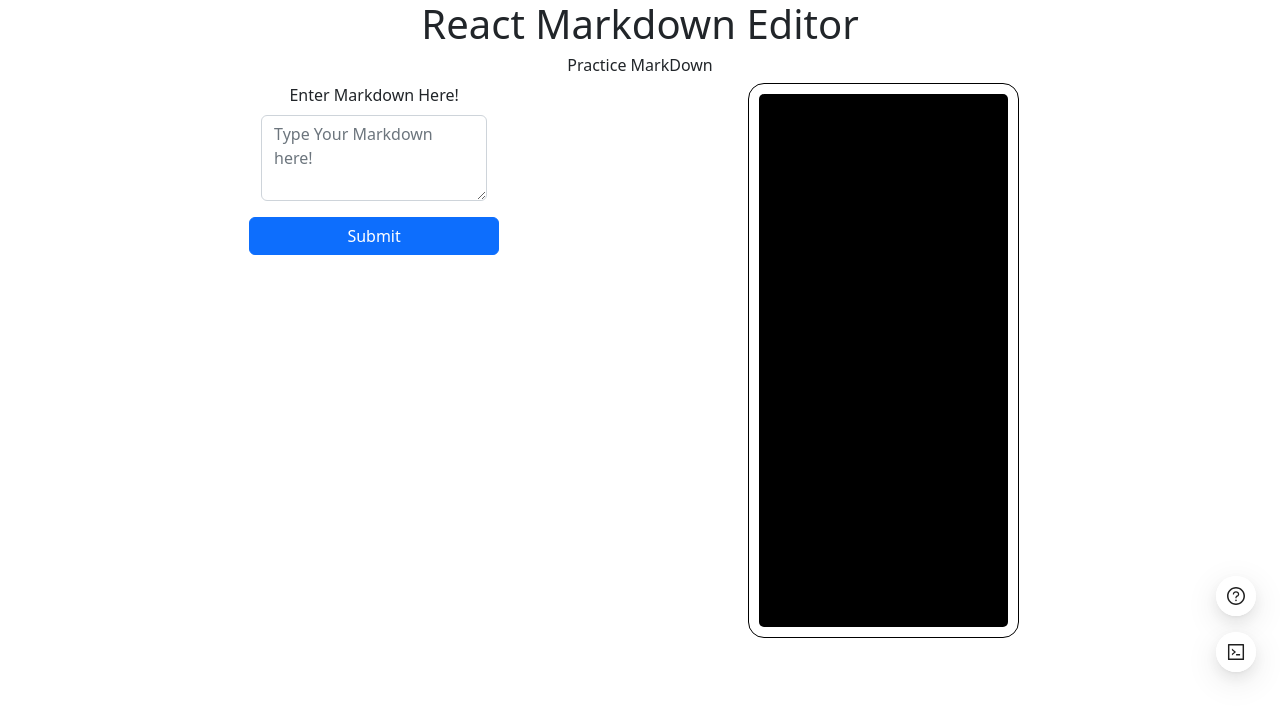
Repository: devkthines/md-editor
Page: /
These files come from the project's save history. The page is drawn as it stood at one moment and after the next save; the edit follows.
The browser window is 1280 px wide. The pictures show the whole page.
The project was rebuilt for these pictures with package versions that can differ from the ones it lists, and the page was loaded fresh each time. Also part of the build but not shown: src/pages/preview.js, src/components/navbar.js, src/pages/home.js.

Above is the page before, as saved 2023-12-06 21:40:09.

After the next save:
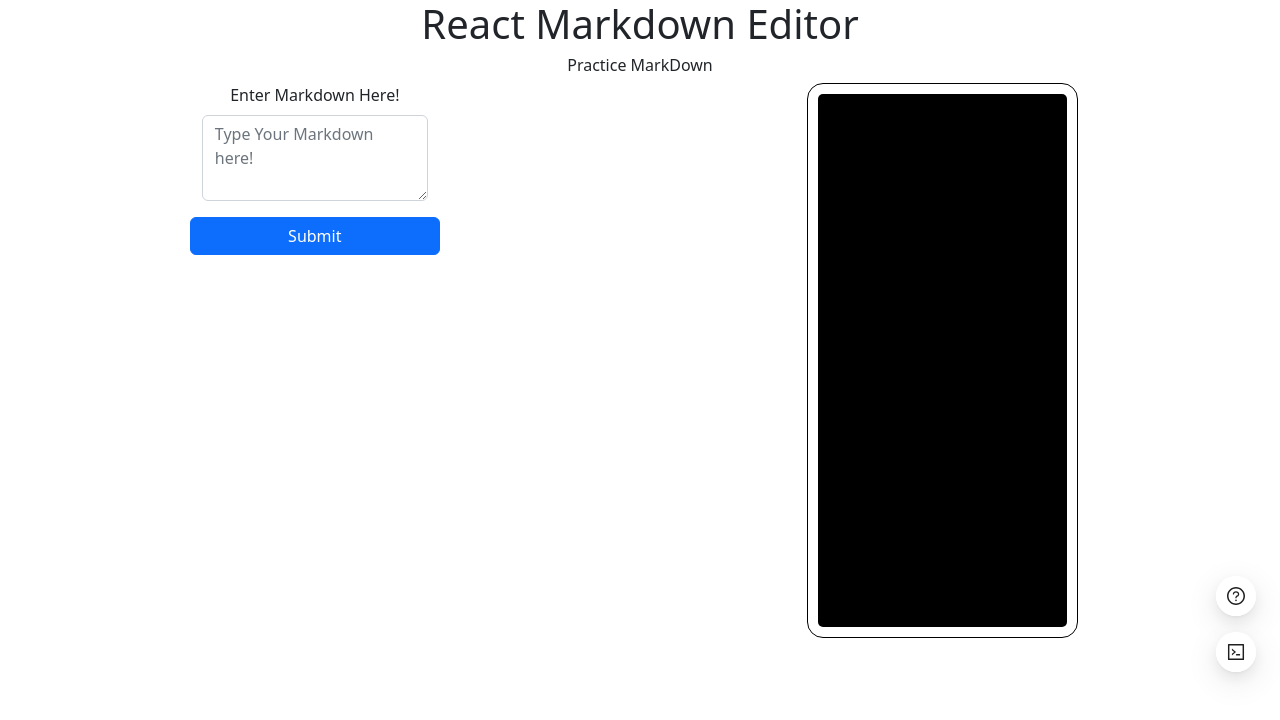
Saved 23 s later.
--- a/src/pages/editor.js
+++ b/src/pages/editor.js
@@ -90,7 +90,7 @@ export default function Editor() {
                 </Button>
                 </Row>
             </Form>
-
+            <Row></Row>
             <div id="mdEdView" dangerouslySetInnerHTML={{ __html: marked.parse(preview) }}>
             </div>
        </div>
